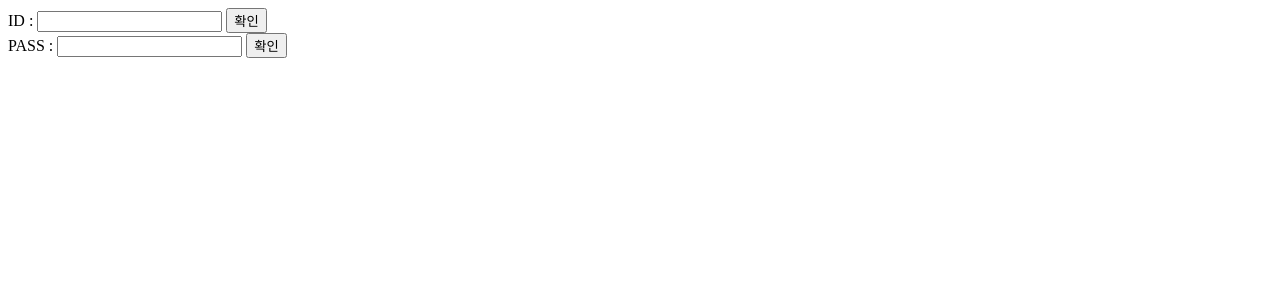
Repository: p2terkim/servletWork
Page: http://localhost/servletTest/basic/03_HW/cookieLogin.jsp
The author's editor kept a copy of each file at every save. The page is drawn from the files as they stood at one save, then again after the next save.
The browser window is 1280 px wide. The pictures show the whole page.
The page is served by Tomcat 9. Other server files are loaded and not shown.

Above is the page before, as saved 2021-05-18 06:15:00.

### servletTest/WebContent/basic/03_HW/cookieLogin.jsp
<%@ page language="java" contentType="text/html; charset=UTF-8"
    pageEncoding="UTF-8"%>
<!DOCTYPE html>
<html>
<head>
<meta charset="UTF-8">
<title>Insert title here</title>
</head>
<body>
<form method = "post" action="/servletTest/ResponseTest01.do">
	ID : <input type="text" name = "username">
	<input type = "submit" value = "확인">
</form>

<form method = "post" action="/servletTest/ResponseTest02.do">

	PASS : <input type="text" name = "username">
	<input type="submit" value="확인">
</form>
</body>
</html>

After the next save:
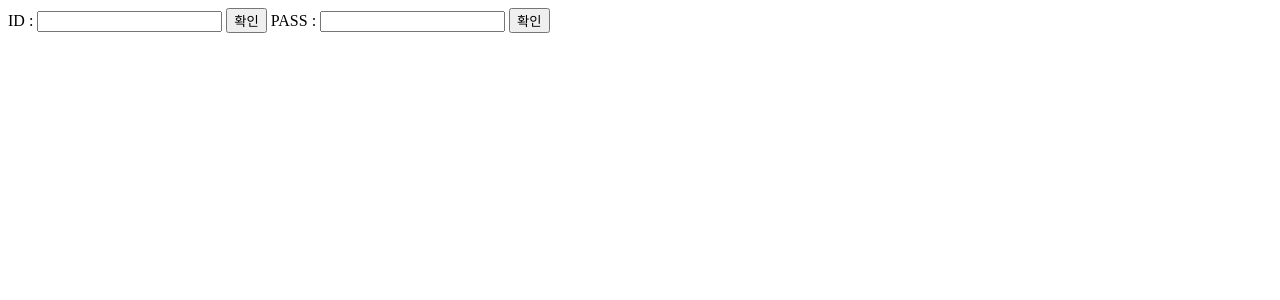
Saved 41 s later.
--- a/servletTest/WebContent/basic/03_HW/cookieLogin.jsp
+++ b/servletTest/WebContent/basic/03_HW/cookieLogin.jsp
@@ -10,12 +10,10 @@
 <form method = "post" action="/servletTest/ResponseTest01.do">
 	ID : <input type="text" name = "username">
 	<input type = "submit" value = "확인">
-</form>
-
-<form method = "post" action="/servletTest/ResponseTest02.do">
 
 	PASS : <input type="text" name = "username">
 	<input type="submit" value="확인">
+
 </form>
 </body>
 </html>
